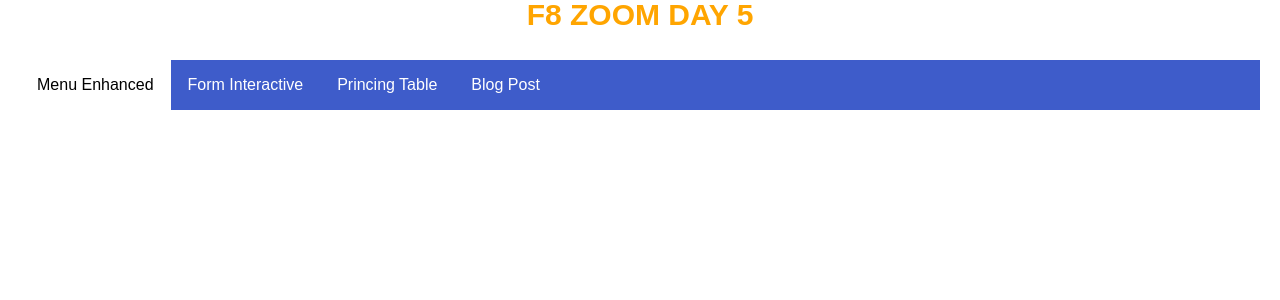
Repository: lannguyen1301/f8-zoom-day-5
Page: index.html
These files come from the project's save history. The page is drawn as it stood at one moment and after the next save; the edit follows.
The browser window is 1280 px wide. The pictures show the whole page.

Above is the page before, as saved 2025-04-21 18:44:17.

### index.html
<!DOCTYPE html>
<html lang="en">

<head>
    <meta charset="UTF-8">
    <meta name="viewport" content="width=device-width, initial-scale=1.0">
    <title>F8 ZOOM DAY 5</title>
    <link rel="stylesheet" href="./assets/css/reset.css">
    <link rel="stylesheet" href="./assets/css/style.css">
</head>

<body>
    <div class="inner">
        <h1 class="title-desc">F8 ZOOM DAY 5</h1>
        <nav class="navbar">
            <ul class="navbar__list">
                <li class="navbar__item active">
                    <a href="./menu-enhanced.html" class="navbar__link" target="_blank">Menu Enhanced</a>
                </li>
                <li class="navbar__item">
                    <a href="./form-interactive.html" class="navbar__link" target="_blank">Form Interactive</a>
                </li>
                <li class="navbar__item">
                    <a href="./pricing-table.html" class="navbar__link" target="_blank">Princing Table</a>
                </li>
                <li class="navbar__item">
                    <a href="./blog-post.html" class="navbar__link" target="_blank">Blog Post</a>
                </li>
            </ul>
        </nav>
    </div>
</body>

</html>

### assets/css/style.css
* {
    box-sizing: border-box;
}

html {
    font-size: 62.5%;
}

body {
    font-size: 1.6rem;
    font-family: "poppins", sans-serif;
}

/* common*/
a {
    text-decoration: none;
}

.inner {
    margin: 0 auto;
    padding: 0 20px;
}

.title-desc {
    font-size: 3rem;
    text-align: center;
    font-weight: 900;
    color: orange;
}

.navbar__list {
    display: flex;
    align-items: center;
    justify-content: space-ecenterenly;
    margin-top: 30px;
    background-color: #3e5cca;
}

.navbar__item {
    height: 50px;
}

.navbar__link {
    color: #fff;
    line-height: 50px;
    padding: 17px;
    font-weight: 500;
    font-size: 1.6rem;
}

.active,
.navbar__list .navbar__item:hover > .navbar__link {
    background-color: #fff;
    color: #000;
}

.active a {
    color: #000;
}

Loaded but not shown: assets/css/reset.css (common file)

After the next save:
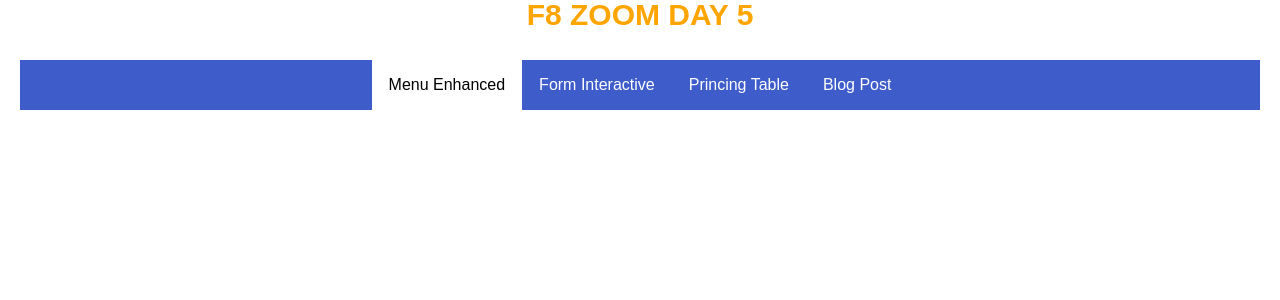
Saved 5 s later.
--- a/assets/css/style.css
+++ b/assets/css/style.css
@@ -31,7 +31,7 @@ a {
 .navbar__list {
     display: flex;
     align-items: center;
-    justify-content: space-ecenterenly;
+    justify-content: center;
     margin-top: 30px;
     background-color: #3e5cca;
 }
